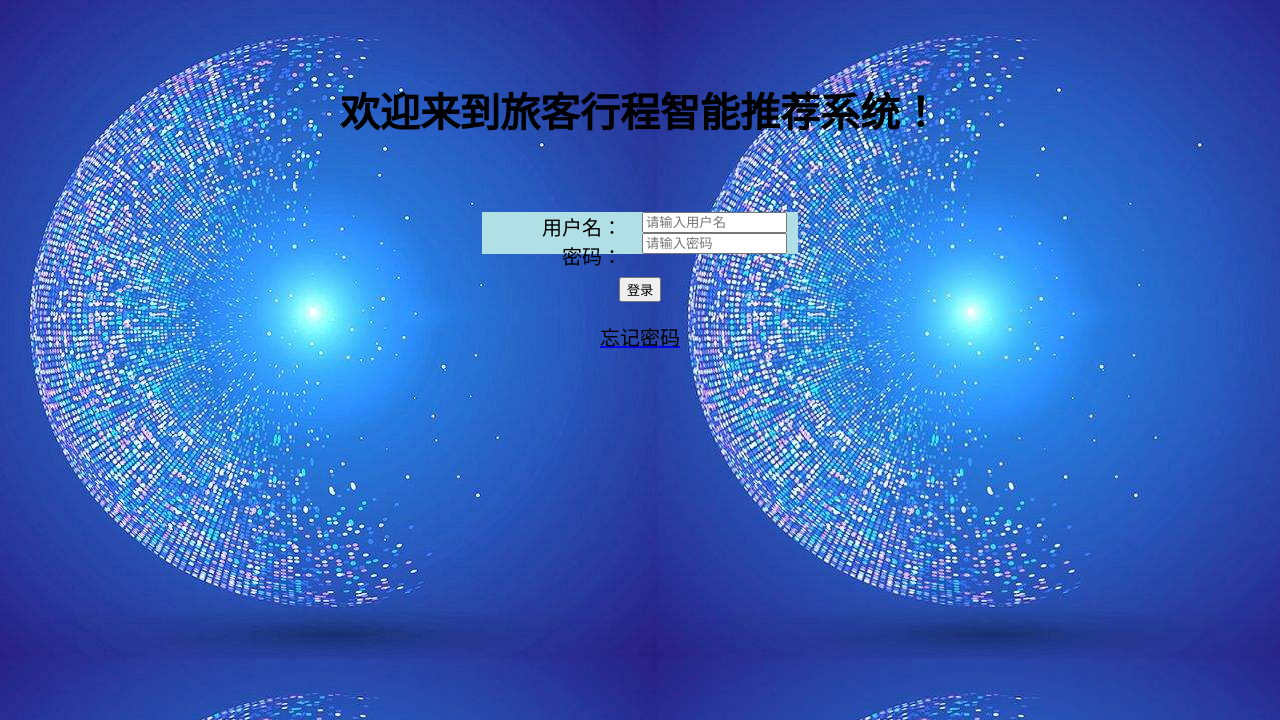
Repository: never-404/Intelligent-recommendation-system
Page: http://localhost/Intelligent-recommendation-system/log.jsp
An editor plug-in stored every save of this project. The page is shown before and after the next save, followed by the edit.
The browser window is 1280 px wide. The pictures show the whole page.
The page is served by Tomcat 9. Nobody is signed in. The application's start-up code is not run. Other server files are loaded and not shown.

Above is the page before, as saved 2019-04-19 00:49:52.

### Intelligent-recommendation-system/WebRoot/log.jsp
<%@ page language="java" contentType= "text/html;charset=gb2312" %>
<html>

	<head>
		<title>登录页面</title>
	    <meta charset="utf-8">

		<style type="text/css">
		.title
		{
			font-size: 300%

		}
		.table
		{
			margin:auto;
			width:25%;
			background-color:#b0e0e6;
		}
		lable { float: left; width: 7em; margin-right:1em; text-align: right; }
		h1	  {text-align: center}
	    body{
        font-size:20px;
        font-family:"宋体";
        background-image:url(circle.jpg);

    	}
        .a{
            text-align:center;
            vertical-align:middle;
        }
        img{max-width: 100%; height:auto;}

</style>
	</head>

	<body>
	<BR>	<BR>
	<h1>欢迎来到旅客行程智能推荐系统！</h1>
		<BR>	<BR>
    <div class="table">
    	<lable>用户名：</lable><input type="text" name="number" placeholder="请输入用户名" size="15" maxlength="10"/>
        <!--学号为10位-->
        <br>
        <lable>密码：</lable><input type="password" name="passport" placeholder="请输入密码" size="15" maxlength="10"/>
        <br>
    </div>
    <br>


	<div class=a>

    <form action = "mainpage.jsp" method = "post">
		<input type="submit" value ="登录">
	</form>

	<a href="forget_pswd.jsp"><font color="#000000">忘记密码</font></a>
	</div>

	</body>


</html>

After the next save:
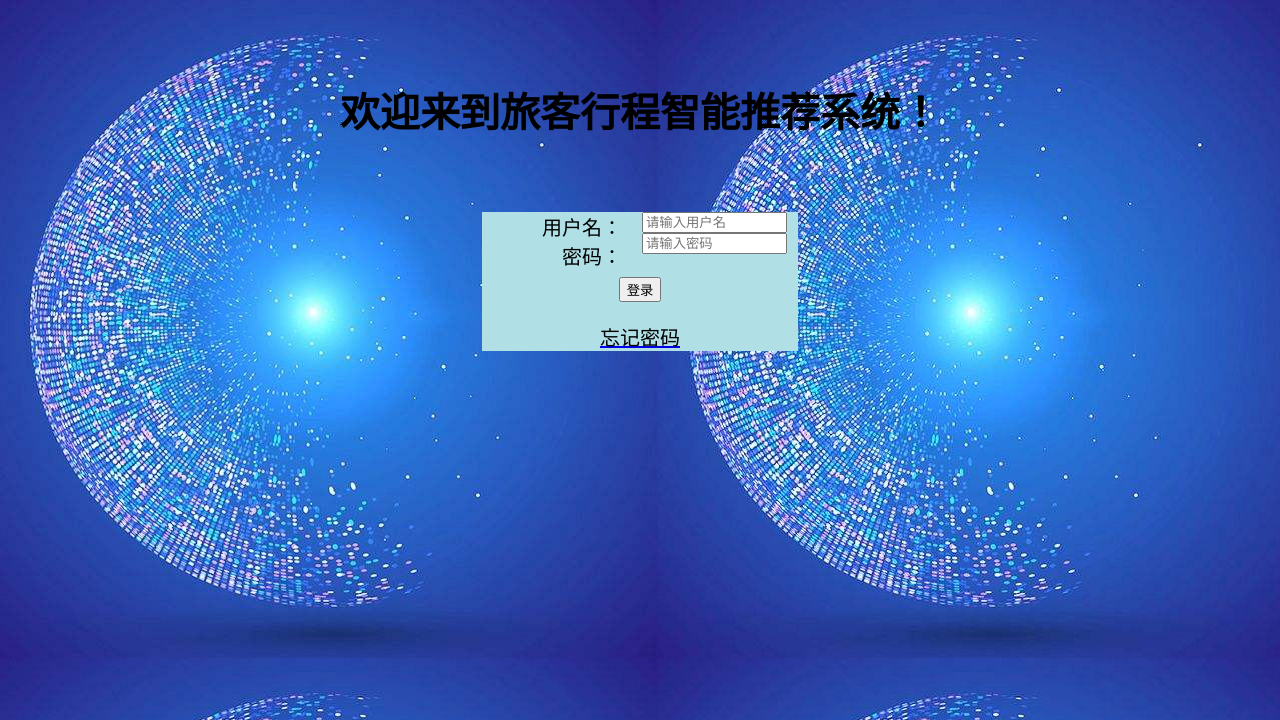
Saved 41 s later.
--- a/Intelligent-recommendation-system/WebRoot/log.jsp
+++ b/Intelligent-recommendation-system/WebRoot/log.jsp
@@ -43,10 +43,7 @@
         <!--学号为10位-->
         <br>
         <lable>密码：</lable><input type="password" name="passport" placeholder="请输入密码" size="15" maxlength="10"/>
-        <br>
-    </div>
-    <br>
-
+        <br><br>
 
 	<div class=a>
 
@@ -56,7 +53,7 @@
 
 	<a href="forget_pswd.jsp"><font color="#000000">忘记密码</font></a>
 	</div>
-
+	    </div>
 	</body>
 
 
